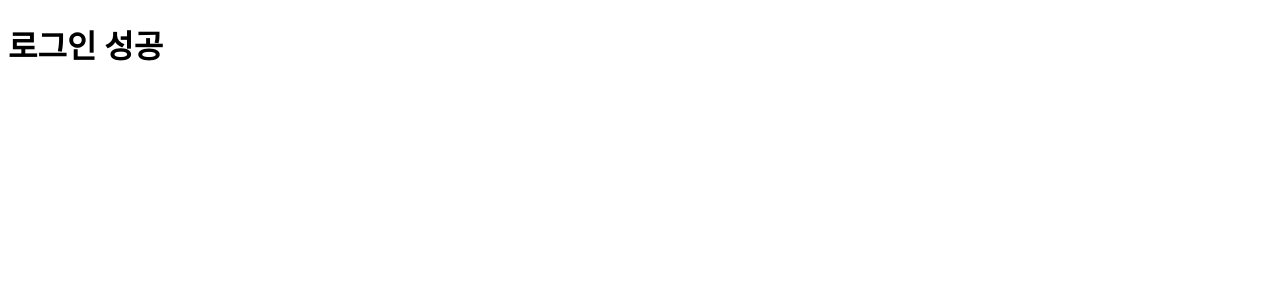
Repository: lhj1214/spring
Page: http://localhost/di/red/rsOk
An editor plug-in stored every save of this project. The page is shown before and after the next save, followed by the edit.
The browser window is 1280 px wide. The pictures show the whole page.
The page is served by Tomcat 9.

Above is the page before, as saved 2020-11-18 08:25:49.

After the next save:
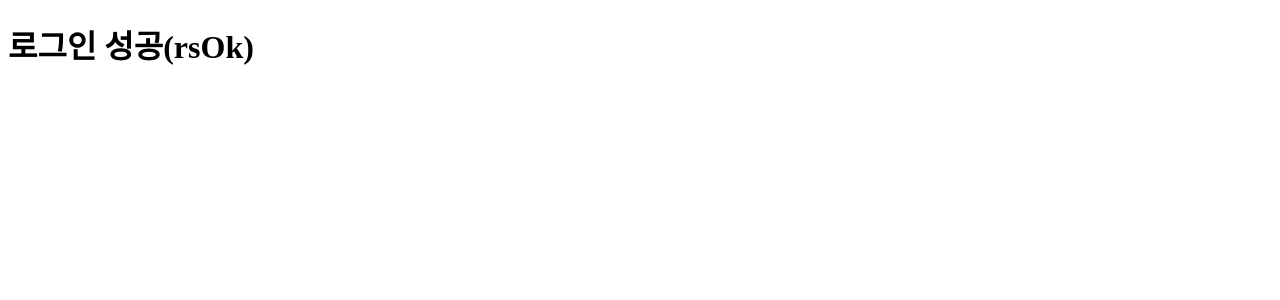
Saved 7 s later.
--- a/spring_workspace/di/src/main/webapp/WEB-INF/views/red/rsOk.jsp
+++ b/spring_workspace/di/src/main/webapp/WEB-INF/views/red/rsOk.jsp
@@ -7,6 +7,6 @@
 <title>Insert title here</title>
 </head>
 <body>
-	<h1>로그인 성공</h1>
+	<h1>로그인 성공(rsOk)</h1>
 </body>
 </html>
